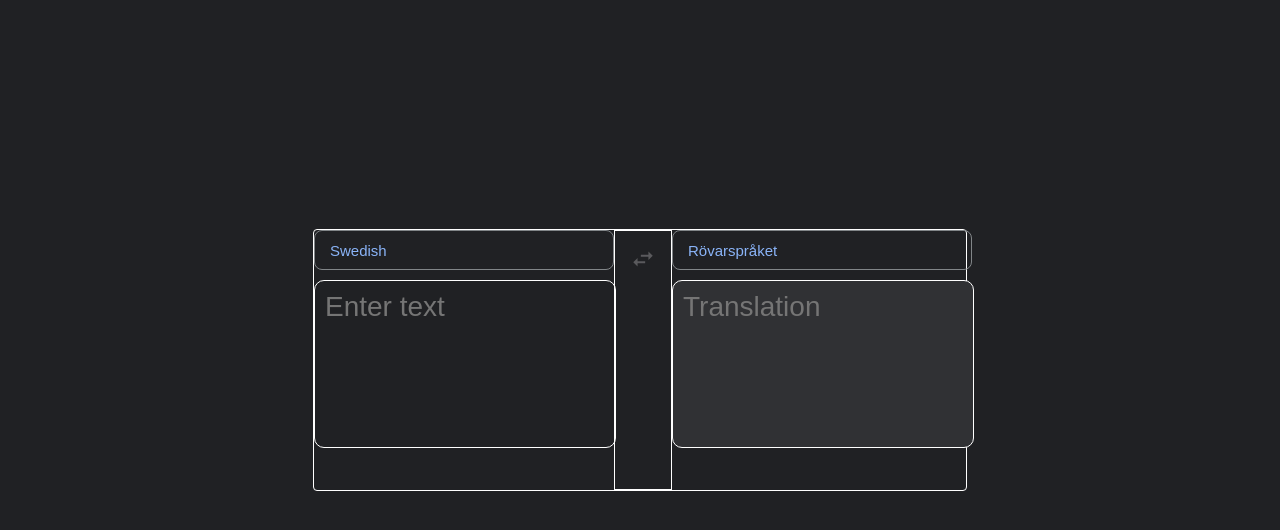
Repository: ShamroOoz/R-varspr-ket-Translator
Page: /
The author's editor kept a copy of each file at every save. The page is drawn from the files as they stood at one save, then again after the next save.
The browser window is 1280 px wide. The pictures show the whole page.
The project was rebuilt for these pictures with package versions that can differ from the ones it lists, and the page was loaded fresh each time.

Above is the page before, as saved 2022-05-17 23:45:21.

### public/index.html
<!DOCTYPE html>
<html lang="en">
  <head>
    <meta charset="utf-8" />
    <link rel="icon" href="%PUBLIC_URL%/favicon.ico" />
    <meta name="viewport" content="width=device-width, initial-scale=1" />
    <meta name="theme-color" content="#000000" />
    <meta
      name="description"
      content="Web site created using create-react-app"
    />
    <link rel="apple-touch-icon" href="%PUBLIC_URL%/logo192.png" />
    <!--
      manifest.json provides metadata used when your web app is installed on a
      user's mobile device or desktop. See https://developers.google.com/web/fundamentals/web-app-manifest/
    -->
    <link rel="manifest" href="%PUBLIC_URL%/manifest.json" />
    <!--
      Notice the use of %PUBLIC_URL% in the tags above.
      It will be replaced with the URL of the `public` folder during the build.
      Only files inside the `public` folder can be referenced from the HTML.

      Unlike "/favicon.ico" or "favicon.ico", "%PUBLIC_URL%/favicon.ico" will
      work correctly both with client-side routing and a non-root public URL.
      Learn how to configure a non-root public URL by running `npm run build`.
    -->
    <title>Översättare - Rövarspråket</title>
  </head>
  <body>
    <noscript>You need to enable JavaScript to run this app.</noscript>
    <div id="root"></div>
    <!--
      This HTML file is a template.
      If you open it directly in the browser, you will see an empty page.

      You can add webfonts, meta tags, or analytics to this file.
      The build step will place the bundled scripts into the <body> tag.

      To begin the development, run `npm start` or `yarn start`.
      To create a production bundle, use `npm run build` or `yarn build`.
    -->
  </body>
</html>

### src/index.css
* {
  font-family: arial, sans-serif;
}

body {
  margin: 0;
  background-color: #202124;
  display: flex;
  justify-content: center;
  height: 100vh;
  align-items: center;
}

.app {
  display: flex;
  width: 652px;
  height: 260px;
  border: 1px solid #fff;
  border-radius: 4px;
  margin: 10px;
}

.output,
.input {
  display: flex;
  flex-direction: column;
  width: 300px;
}

textarea {
  background-color: transparent;
  color: #bdc1c6;
  border: none;
  resize: none;
  padding: 10px;
  width: 280px !important;
  height: 146px;
  border-radius: 10px;
  outline: none;
  overflow: auto;
  font-size: 28px;
  margin-top: 10px;
  border: 1px solid #fff;
}

.output textarea {
  background-color: #303134;
}

.arrow-container {
  padding: 15px;
  cursor: pointer;
  border: 1px solid #fff;
}
.arrow-container svg:hover {
  fill: #fff;
}

.arrow-container svg {
  width: 26px;
  height: 26px;
  fill: #5a5a5d;
}

input {
  border: 1px solid #818588;
  border-radius: 8px;
  box-sizing: border-box;
  color: #bdc1c6;
  font-size: 14px;
  height: 40px;
  background-color: transparent;
  width: 100%;
}

.select-drop-down input {
  color: #8ab4f8;
  padding: 5px 15px;
  font-size: 15px;
}

.input .delete {
  position: relative;
  left: 265px;
  top: -156px;
  font-size: 50px;
  color: #bdc1c6;
  cursor: pointer;
}
.input .delete:hover {
  color: #8ab4f8;
}

### src/App.js
/* eslint-disable react/style-prop-object */
import { useState, useEffect, useMemo } from "react";
import TextBox from "./components/TextBox";
import Arrows from "./components/Arrows";

function App() {
  const [inputLanguage, setInputLanguage] = useState("Swedish");
  const [outputLanguage, setOutputLanguage] = useState("Rövarspråket");
  const [textToTranslate, setTextToTranslate] = useState("");
  const [translatedText, setTranslatedText] = useState("");

  useEffect(() => {
    if (textToTranslate) {
      setTranslatedText(
        outputLanguage === "Rövarspråket" ? encoded() : decoded()
      );
    }
    // eslint-disable-next-line react-hooks/exhaustive-deps
  }, [textToTranslate]);

  const encoded = useMemo(
    () => () => {
      let consonants = "BbCcDdFfGgHhJjKkLlMmNnPpQqRrSsTtVvWwXxYyZz";
      let new_word = [];
      for (let x of textToTranslate) {
        consonants.includes(x) ? new_word.push(x + "o" + x) : new_word.push(x);
      }
      return new_word.join("");
    },
    [textToTranslate]
  );

  const decoded = useMemo(
    () => () => {
      let consonants = "BbCcDdFfGgHhJjKkLlMmNnPpQqRrSsTtVvWwXxYyZz";
      let new_word = "";
      let index = 0;
      while (index < textToTranslate.length) {
        new_word += textToTranslate[index];
        consonants.includes(textToTranslate[index])
          ? (index += 3)
          : (index += 1);
      }
      return new_word;
    },
    [textToTranslate]
  );

  const handleClick = () => {
    setInputLanguage(outputLanguage);
    setOutputLanguage(inputLanguage);
    if (textToTranslate && translatedText) {
      setTextToTranslate(translatedText);
    }
  };

  return (
    <div className="app">
      <TextBox
        style="input"
        selectedLanguage={inputLanguage}
        setTextToTranslate={setTextToTranslate}
        textToTranslate={textToTranslate}
        setTranslatedText={setTranslatedText}
      />
      <div className="arrow-container" onClick={handleClick}>
        <Arrows />
      </div>
      <TextBox
        style="output"
        selectedLanguage={outputLanguage}
        translatedText={translatedText}
      />
    </div>
  );
}

export default App;

### src/components/TextBox.js
import SelectDropDown from "./SelectDropDown";

const TextBox = ({
  style,
  selectedLanguage,
  setTextToTranslate,
  textToTranslate,
  translatedText,
  setTranslatedText,
}) => {
  const handleClick = () => {
    setTextToTranslate("");
    setTranslatedText("");
  };
  return (
    <div className={style}>
      <SelectDropDown selectedLanguage={selectedLanguage} />
      <textarea
        disabled={style === "output"}
        className={style}
        placeholder={style === "input" ? "Enter text" : "Translation"}
        onChange={(e) => setTextToTranslate(e.target.value)}
        value={style === "input" ? textToTranslate : translatedText}
      />
      {style === "input" && textToTranslate && (
        <div className="delete" onClick={handleClick}>
          ˟
        </div>
      )}
    </div>
  );
};

export default TextBox;

### src/components/Arrows.js
const Arrows = () => {
  return (
    <svg
      focusable="false"
      xmlns="http://www.w3.org/2000/svg"
      viewBox="0 0 24 24"
    >
      <path d="M6.99 11L3 15l3.99 4v-3H14v-2H6.99v-3zM21 9l-3.99-4v3H10v2h7.01v3L21 9z"></path>
    </svg>
  );
};

export default Arrows;

### src/components/SelectDropDown.js
const SelectDropDown = ({ selectedLanguage }) => {
  return (
    <div className="select-drop-down">
      <input value={selectedLanguage} />
    </div>
  );
};

export default SelectDropDown;

Loaded but not shown: src/index.js (common file)

After the next save:
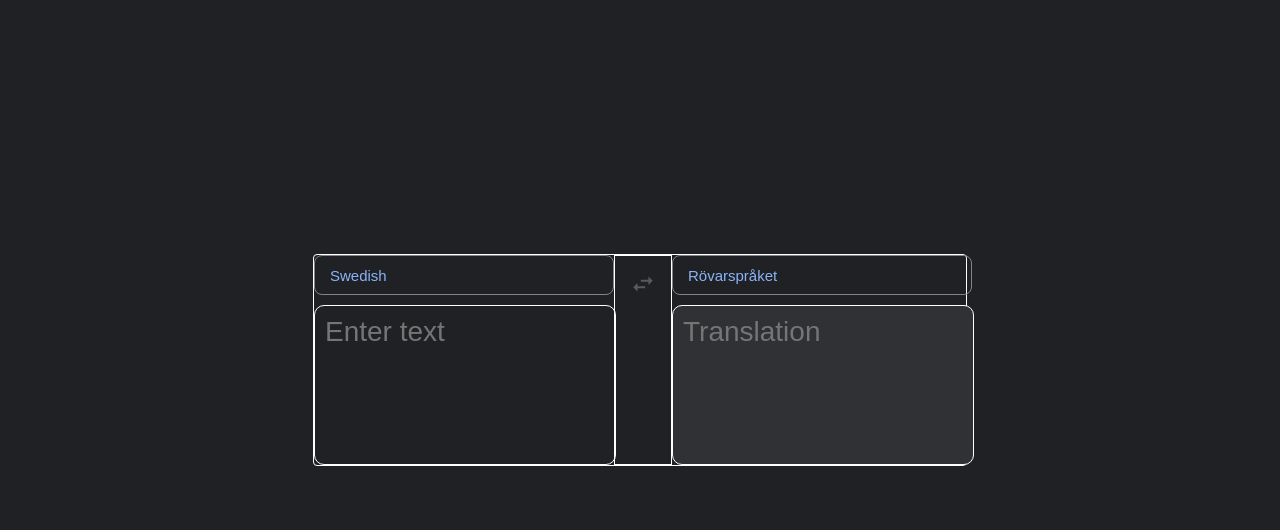
Saved 14 s later.
--- a/src/index.css
+++ b/src/index.css
@@ -14,7 +14,7 @@ body {
 .app {
   display: flex;
   width: 652px;
-  height: 260px;
+  height: 210px;
   border: 1px solid #fff;
   border-radius: 4px;
   margin: 10px;
